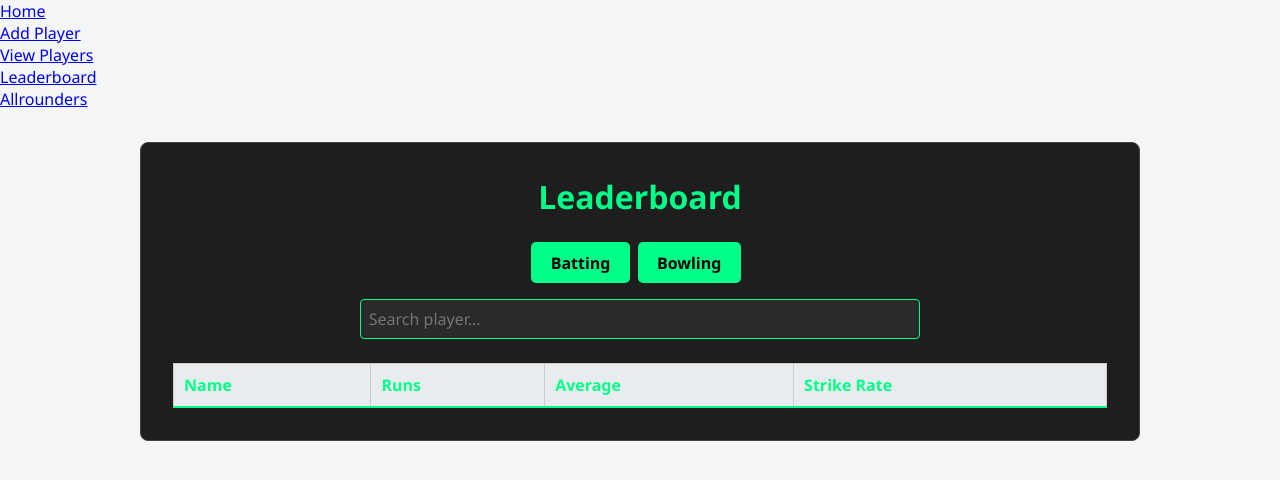
Repository: DanTastic-Dev/HCL
Page: /leaderboard (app in cricket-app/)
These files come from the project's save history. The page is drawn as it stood at one moment and after the next save; the edit follows.
The browser window is 1280 px wide. The pictures show the whole page.
The page's requests for data from a server got no answer. The project was rebuilt for these pictures with package versions that can differ from the ones it lists, and the page was loaded fresh each time. No one was signed in, and anything a server would have sent is missing. Also part of the build but not shown: cricket-app/src/components/TopPerformers.jsx, cricket-app/src/components/MiniLeaderboards.jsx, cricket-app/src/pages/HomePage.jsx, cricket-app/src/components/PlayerForm.jsx, cricket-app/src/components/PlayerTable.jsx, cricket-app/src/pages/AddPlayerPage.jsx, cricket-app/src/components/PlayerCard.jsx, cricket-app/src/pages/ViewPlayersPage.jsx and 1 more.

Above is the page before, as saved 2025-06-18 01:58:51.

### cricket-app/public/index.html
<!DOCTYPE html>
<html lang="en">
  <head>
    <meta charset="UTF-8" />
    <meta name="viewport" content="width=device-width, initial-scale=1.0"/>
    <title>Cricket Stats App</title>
  </head>
  <body>
    <div id="root"></div>
  </body>
</html>

### cricket-app/src/index.js
import React from 'react';
import ReactDOM from 'react-dom/client';
import AppWithAnimation from './AppWithAnimation';
import './index.css';

const root = ReactDOM.createRoot(document.getElementById('root'));
root.render(
    <React.StrictMode>
        <AppWithAnimation />
    </React.StrictMode>
);

### cricket-app/src/AppWithAnimation.jsx
import React, { useState } from 'react';
import App from './App';
import IntroAnimation from './components/IntroAnimation';

const AppWithAnimation = () => {
    const [showIntro, setShowIntro] = useState(true);

    return showIntro ? <IntroAnimation onComplete={() => setShowIntro(false)} /> : <App />;
};

export default AppWithAnimation;

### cricket-app/src/index.css
/* index.css */

* {
  margin: 0;
  padding: 0;
  box-sizing: border-box;
  font-family: 'Segoe UI', Tahoma, Geneva, Verdana, sans-serif;
}

body {
  background-color: #f4f6f8;
  color: #333;
}

button {
  cursor: pointer;
  background-color: #007bff;
  border: none;
  color: white;
  padding: 8px 14px;
  border-radius: 4px;
  transition: background-color 0.2s ease;
}

button:hover {
  background-color: #0056b3;
}

input {
  padding: 8px;
  margin: 4px 0;
  border-radius: 4px;
  border: 1px solid #ccc;
  width: 100%;
}

table {
  width: 100%;
  border-collapse: collapse;
}

th, td {
  padding: 12px;
  border: 1px solid #ccc;
  text-align: left;
}

th {
  background-color: #e9ecef;
}

.container {
  max-width: 1200px;
  margin: 0 auto;
  padding: 20px;
}

### cricket-app/src/App.js
import React from 'react';
import { BrowserRouter as Router, Routes, Route, Link } from 'react-router-dom';
import HomePage from './pages/HomePage';
import AddPlayerPage from './pages/AddPlayerPage';
import ViewPlayersPage from './pages/ViewPlayersPage';
import LeaderboardPage from './pages/LeaderboardPage';
import AllRounderPage from './pages/AllRounderPage';


function App() {
  return (
    <Router>
      <nav className="navbar">
        <ul className="nav-links">
          <li><Link to="/">Home</Link></li>
          <li><Link to="/add">Add Player</Link></li>
          <li><Link to="/view">View Players</Link></li>
          <li><Link to="/leaderboard">Leaderboard</Link></li>
          <li><Link to="/allrounder">Allrounders</Link></li>
        </ul>
      </nav>
      <Routes>
        <Route path="/" element={<HomePage />} />
        <Route path="/add" element={<AddPlayerPage />} />
        <Route path="/view" element={<ViewPlayersPage />} />
        <Route path="/leaderboard" element={<LeaderboardPage />} />
        <Route path="/allrounder" element={<AllRounderPage />} />
      </Routes>
    </Router>
  );
}

export default App;

### cricket-app/src/components/IntroAnimation.jsx
import React, { useEffect, useState } from 'react';

const IntroAnimation = ({ onComplete }) => {
    const [fade, setFade] = useState(false);

    useEffect(() => {
        const timer = setTimeout(() => {
            setFade(true);
            setTimeout(onComplete, 1000); // Wait for fade-out
        }, 2000);

        return () => clearTimeout(timer);
    }, [onComplete]);

    return (
        <div style={{
            position: 'fixed',
            top: 0, left: 0, width: '100%', height: '100%',
            background: '#000', color: '#fff',
            display: 'flex', alignItems: 'center', justifyContent: 'center',
            fontSize: '2em',
            opacity: fade ? 0 : 1,
            transition: 'opacity 1s ease-out',
            zIndex: 9999
        }}>
            Hostel Cricket League 🏏
        </div>
    );
};

export default IntroAnimation;

### cricket-app/src/pages/LeaderboardPage.jsx
import React, { useEffect, useState } from "react";

const LeaderboardPage = () => {
    const [players, setPlayers] = useState([]);
    const [searchQuery, setSearchQuery] = useState("");
    const [showBatting, setShowBatting] = useState(true);

    useEffect(() => {
        const fetchPlayers = async () => {
            try {
                const res = await fetch("http://localhost:5000/players");
                const data = await res.json();
                setPlayers(data);
            } catch (err) {
                console.error("Error fetching players:", err);
            }
        };
        fetchPlayers();
    }, []);

    const filteredPlayers = players
        .filter(p => p.name.toLowerCase().includes(searchQuery.toLowerCase()))
        .sort((a, b) => {
            if (showBatting) return b.runs - a.runs;
            else return b.wickets - a.wickets;
        });

    return (
        <div style={styles.wrapper}>
            <h2 style={styles.heading}>Leaderboard</h2>

            <div style={styles.toggleWrapper}>
                <button
                    onClick={() => setShowBatting(true)}
                    style={styles.toggleButton}
                >
                    Batting
                </button>
                <button
                    onClick={() => setShowBatting(false)}
                    style={styles.toggleButton}
                >
                    Bowling
                </button>
            </div>

            <input
                type="text"
                placeholder="Search player..."
                value={searchQuery}
                onChange={(e) => setSearchQuery(e.target.value)}
                style={styles.searchInput}
            />

            <table style={styles.table}>
                <thead>
                    <tr>
                        <th style={styles.th}>Name</th>
                        {showBatting ? (
                            <>
                                <th style={styles.th}>Runs</th>
                                <th style={styles.th}>Average</th>
                                <th style={styles.th}>Strike Rate</th>
                            </>
                        ) : (
                            <>
                                <th style={styles.th}>Wickets</th>
                                <th style={styles.th}>Economy</th>
                                <th style={styles.th}>Bowling Average</th>
                            </>
                        )}
                    </tr>
                </thead>
                <tbody>
                    {filteredPlayers.map((p) => (
                        <tr key={p._id}>
                            <td style={styles.td}>{p.name}</td>
                            {showBatting ? (
                                <>
                                    <td style={styles.td}>{p.runs}</td>
                                    <td style={styles.td}>
                                        {p.innings > p.notOuts
                                            ? (p.runs / (p.innings - p.notOuts)).toFixed(2)
                                            : "-"}
                                    </td>
                                    <td style={styles.td}>
                                        {p.ballsFaced > 0
                                            ? ((p.runs / p.ballsFaced) * 100).toFixed(2)
                                            : "-"}
                                    </td>
                                </>
                            ) : (
                                <>
                                    <td style={styles.td}>{p.wickets}</td>
                                    <td style={styles.td}>
                                        {p.overs > 0
                                            ? (p.runsGiven / p.overs).toFixed(2)
                                            : "-"}
                                    </td>
                                    <td style={styles.td}>
                                        {p.wickets > 0
                                            ? (p.runsGiven / p.wickets).toFixed(2)
                                            : "-"}
                                    </td>
                                </>
                            )}
                        </tr>
                    ))}
                </tbody>
            </table>
        </div>
    );
};

const styles = {
    wrapper: {
        maxWidth: '1000px',
        margin: '2rem auto',
        padding: '2rem',
        backgroundColor: '#1e1e1e',
        border: '1px solid #444',
        borderRadius: '8px',
        color: 'white',
        fontFamily: 'Arial, sans-serif'
    },
    heading: {
        textAlign: 'center',
        marginBottom: '1.5rem',
        fontSize: '2rem',
        color: '#00FF88'
    },
    toggleWrapper: {
        textAlign: 'center',
        marginBottom: '1rem'
    },
    toggleButton: {
        padding: '0.6rem 1.2rem',
        fontSize: '1rem',
        border: 'none',
        borderRadius: '5px',
        cursor: 'pointer',
        marginRight: '0.5rem',
        backgroundColor: '#00FF88',
        color: 'black',
        fontWeight: 'bold'
    },
    searchInput: {
        display: 'block',
        margin: '0 auto 1.5rem auto',
        padding: '0.5rem',
        fontSize: '1rem',
        width: '60%',
        border: '1px solid #00FF88',
        borderRadius: '4px',
        backgroundColor: '#2a2a2a',
        color: '#00FF88'
    },
    table: {
        width: '100%',
        borderCollapse: 'collapse',
        backgroundColor: '#2a2a2a',
    },
    th: {
        borderBottom: '2px solid #00FF88',
        padding: '10px',
        textAlign: 'left',
        fontWeight: 'bold',
        color: '#00FF88'
    },
    td: {
        borderBottom: '1px solid #444',
        padding: '10px',
        color: 'white'
    }
};

export default LeaderboardPage;

### cricket-app/src/components/Navbar.jsx
import React from 'react';
import { Link } from 'react-router-dom';
import './Navbar.css';

const Navbar = () => {
    return (
        <nav className="navbar">
            <div className="navbar-logo">
                <Link to="/">🏏 Cricket Stats</Link>
            </div>
            <ul className="navbar-links">
                <li><Link to="/add-player">Add Player</Link></li>
                <li><Link to="/view-players">View Players</Link></li>
                <li><Link to="/leaderboard">Leaderboard</Link></li>
            </ul>
        </nav>
    );
};

export default Navbar;

### cricket-app/src/components/Navbar.css
.navbar {
    display: flex;
    justify-content: space-between;
    align-items: center;
    background-color: #1f1f1f;
    padding: 15px 30px;
    color: white;
}

.navbar-logo a {
    text-decoration: none;
    font-size: 1.6rem;
    color: #ffffff;
    font-weight: bold;
}

.navbar-links {
    list-style: none;
    display: flex;
    gap: 20px;
    margin: 0;
}

.navbar-links li a {
    text-decoration: none;
    color: #fff;
    transition: color 0.3s;
}

.navbar-links li a:hover {
    color: #ffd700;
}

After the next save:
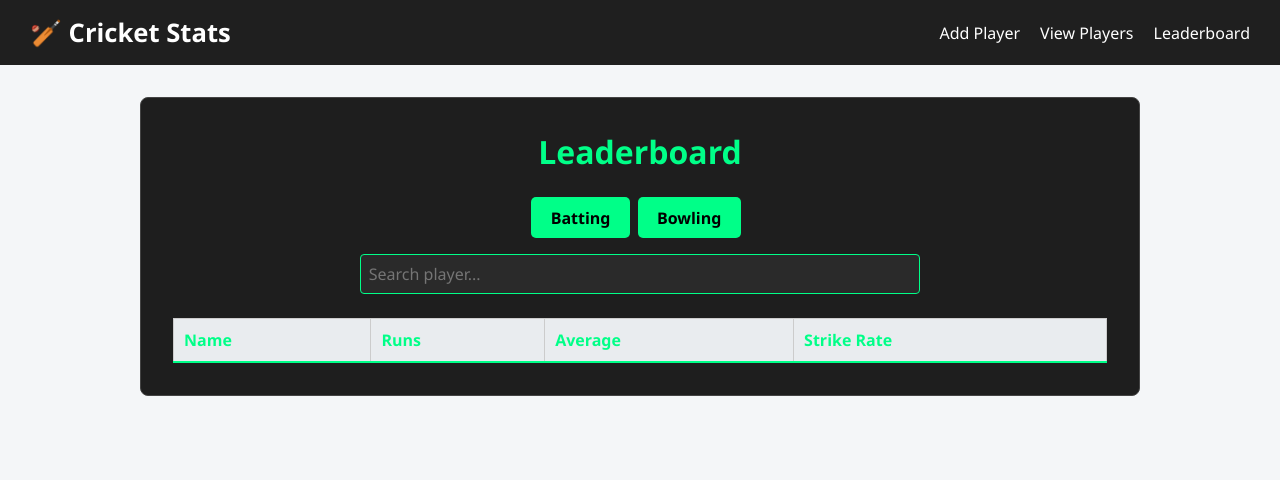
Saved 94 s later.
--- a/cricket-app/src/App.js
+++ b/cricket-app/src/App.js
@@ -1,31 +1,24 @@
+// App.jsx
 import React from 'react';
-import { BrowserRouter as Router, Routes, Route, Link } from 'react-router-dom';
+import { BrowserRouter as Router, Routes, Route } from 'react-router-dom';
+import Navbar from './components/Navbar';
 import HomePage from './pages/HomePage';
 import AddPlayerPage from './pages/AddPlayerPage';
 import ViewPlayersPage from './pages/ViewPlayersPage';
 import LeaderboardPage from './pages/LeaderboardPage';
-import AllRounderPage from './pages/AllRounderPage';
-
 
 function App() {
   return (
     <Router>
-      <nav className="navbar">
-        <ul className="nav-links">
-          <li><Link to="/">Home</Link></li>
-          <li><Link to="/add">Add Player</Link></li>
-          <li><Link to="/view">View Players</Link></li>
-          <li><Link to="/leaderboard">Leaderboard</Link></li>
-          <li><Link to="/allrounder">Allrounders</Link></li>
-        </ul>
-      </nav>
-      <Routes>
-        <Route path="/" element={<HomePage />} />
-        <Route path="/add" element={<AddPlayerPage />} />
-        <Route path="/view" element={<ViewPlayersPage />} />
-        <Route path="/leaderboard" element={<LeaderboardPage />} />
-        <Route path="/allrounder" element={<AllRounderPage />} />
-      </Routes>
+      <div className="min-h-screen bg-gray-100">
+        <Navbar />
+        <Routes>
+          <Route path="/" element={<HomePage />} />
+          <Route path="/add-player" element={<AddPlayerPage />} />
+          <Route path="/view-players" element={<ViewPlayersPage />} />
+          <Route path="/leaderboard" element={<LeaderboardPage />} />
+        </Routes>
+      </div>
     </Router>
   );
 }
